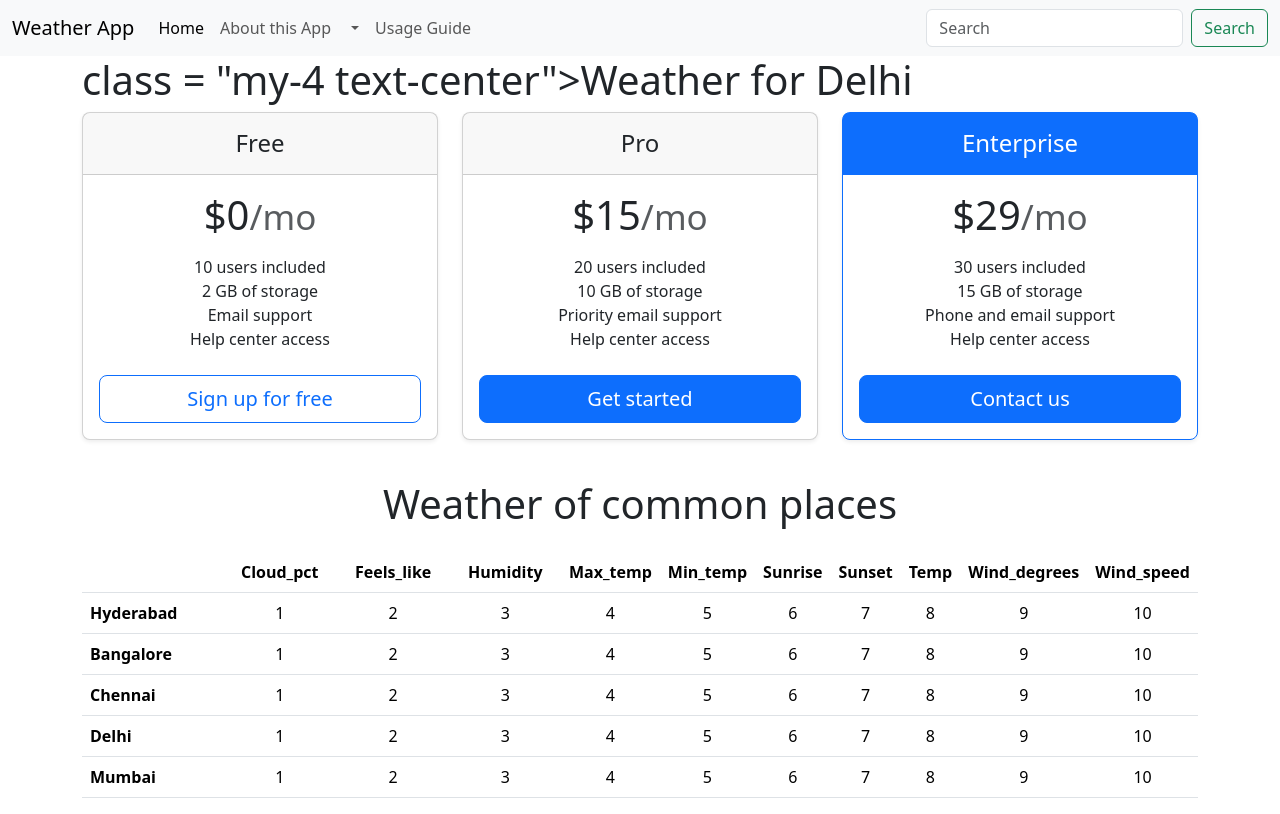
Repository: Abhilash2909/weather
Page: index.html
The author's editor kept a copy of each file at every save. The page is drawn from the files as they stood at one save, then again after a run of saves.
The browser window is 1280 px wide. The pictures show the whole page.
The page's requests for data from a server got no answer.

Above is the page before, as saved 2024-02-11 10:50:35.

After the next 2 saves:
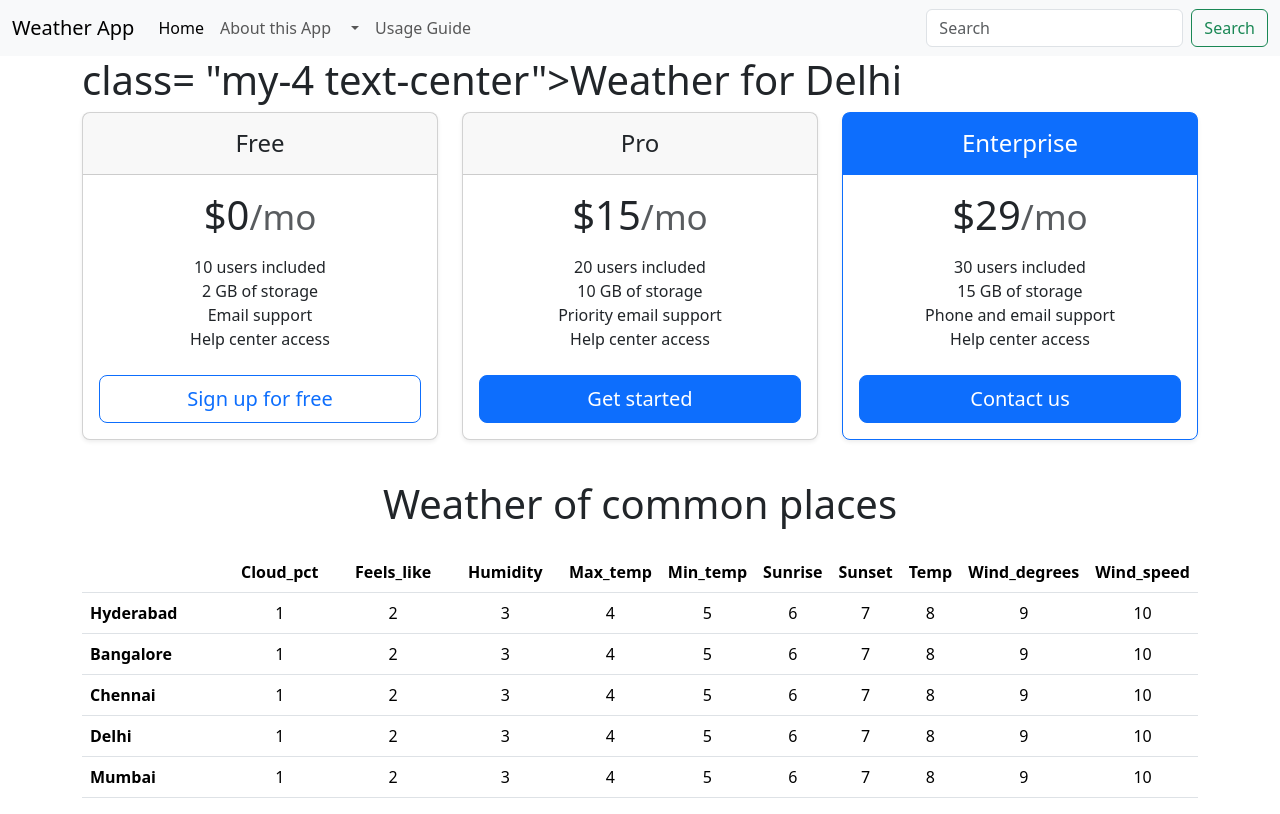
The 2 saves are shown as one change because they came seconds apart.
The last was saved 13 s later.
--- a/index.html
+++ b/index.html
@@ -45,7 +45,7 @@
 
       <div class="container">
         <main>
-          <h1>class = "my-4 text-center">Weather for Delhi</h1>
+          <h1>class= "my-4 text-center">Weather for Delhi</h1>
           <div class="row row-cols-1 row-cols-md-3 mb-3 text-center">
           <div class="col">
             <div class="card mb-4 rounded-3 shadow-sm">
